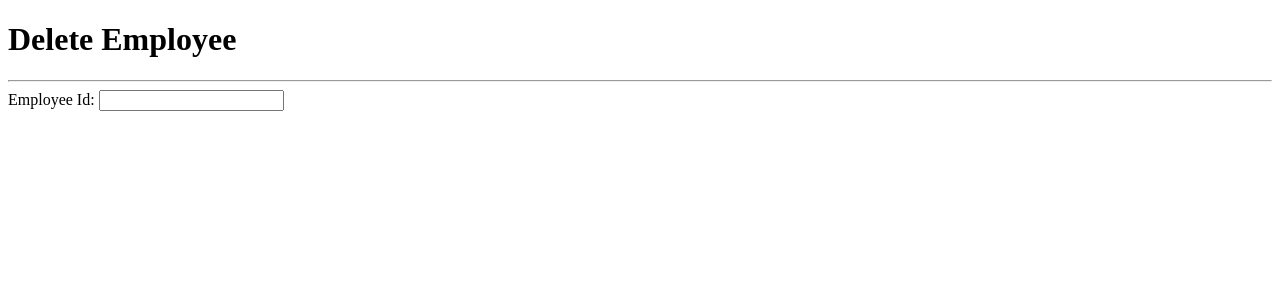
Repository: laikrish/day10
Page: http://localhost/EmployeeApp/deleteEmployee.jsp
The author's editor kept a copy of each file at every save. The page is drawn from the files as they stood at one save, then again after the next save.
The browser window is 1280 px wide. The pictures show the whole page.
The page is served by Tomcat 9.

Above is the page before, as saved 2018-09-08 09:36:46.

After the next save:
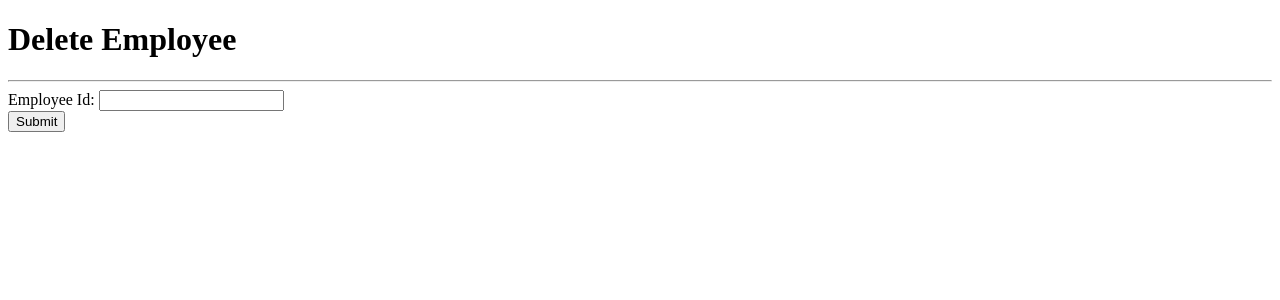
Saved 3 min 1 s later.
--- a/EmployeeApp/WebContent/deleteEmployee.jsp
+++ b/EmployeeApp/WebContent/deleteEmployee.jsp
@@ -13,7 +13,7 @@
     <label>Employee Id: </label>
     <input type="number" name="empId" required/>
     <br>
-<!--     <th><input type="submit" name="Delete"/></th> -->
+    <th><input type="submit" name="Delete"/></th>
 <!--   <input type="submit" value="Delete Employee"/> -->
     <br>
 </form>
